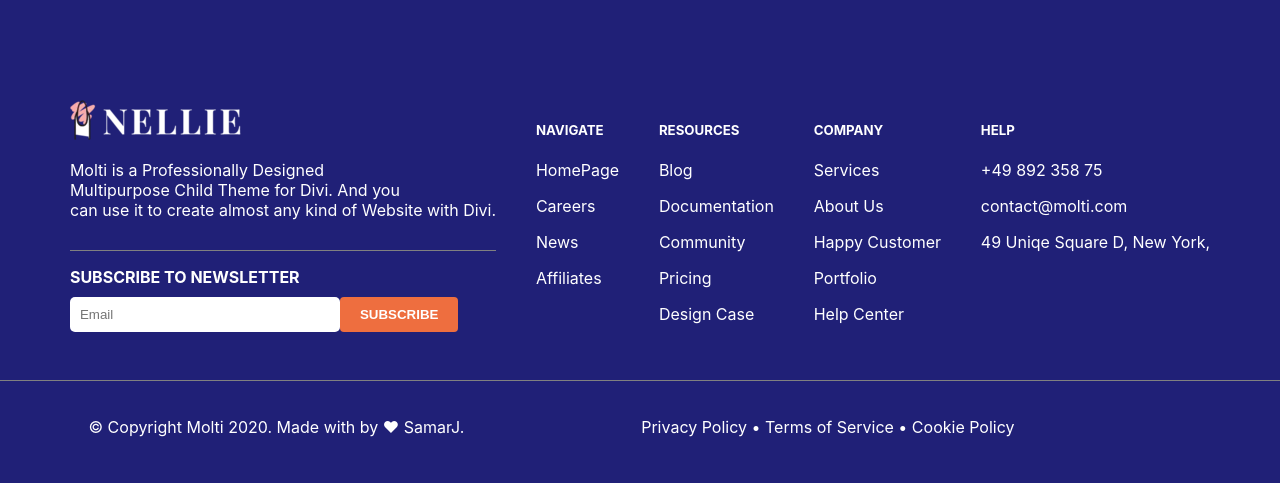
Repository: meherujjahan/nellie-client-site
Page: /
These files come from the project's save history. The page is drawn as it stood at one moment and after the next save; the edit follows.
The browser window is 1280 px wide. The pictures show the part of the page from y = 565 to 1065 px (the page is 1053 px tall before and 1065 px after).
The project was rebuilt for these pictures with package versions that can differ from the ones it lists, and the page was loaded fresh each time. Also part of the build but not shown: src/views/components/Header/Header.css.

Above is the page before, as saved 2022-03-09 18:18:20.

### src/App.js
import Banner from './views/components/Banner/Banner';
import Footer from './views/components/Footer/Footer';
import Header from './views/components/Header/Header';

function App() {
  return (
    <div>
     <Header/>
     <Banner/>
     <Footer/>
    </div>
  );
}

export default App;

### src/views/components/Banner/Banner.js
import { Button } from '@mui/material';
import Typography from '@mui/material/Typography';
import React from 'react';
import './Banner.css';

const Banner = () => {
    return (
        <div className='Banner'>

        <Typography variant='div' sx={{textAlign: 'left', py:10, alignContent: 'space-between'}}>
        <Typography sx={{pl:6}} variant="h3" component="h2">
          Get a New Looks For <br /> Your elegant Nails
        </Typography>
         <Typography sx={{pl:6, py:2}} variant="h6" component="h2">
         Nail polish is a lacquer that can be  applied to the  <br /> human fingernail or toenails to decorate and protect  the nail plates. <br /> The formula has been revised repeatedly to enhance its decorative <br /> effects and to suppress cracking or peeling.
        </Typography>
        <Button style={{backgroundColor: "rgb(238, 156, 80)", color:"black"}} sx={{border: 0,py:1, px:3,ml:6, borderRadius: 5, fontWeight:"bold"}}>DETAILS</Button>
        </Typography>
        </div>
    );
};

export default Banner;

### src/views/components/Footer/Footer.js
import React from 'react';
import footerLogo from '../../../Images/footer-logo_95e3923f-73d2-4f80-9117-8583b07d1fd1_x40@3x (1).webp';
import './Footer.css';
const Footer = () => {
    return (
        <div className='footer'>
        <div className='footer-section'>

         <div className='footer-section-1'>
              <img src={footerLogo} alt="" />
              <p>Molti is a Professionally Designed <br />  Multipurpose Child Theme for Divi. And you <br /> can use it to create almost any kind of Website with Divi.</p>
              <b>SUBSCRIBE TO NEWSLETTER</b> <br />
              <input type="text" placeholder='Email' /><button>SUBSCRIBE</button>
          </div>
          <div>
          <h5>NAVIGATE</h5>
          <p>HomePage</p>
          <p>Careers</p>
          <p>News</p>
          <p>Affiliates</p>
          </div>
        <div>
        <h5>RESOURCES</h5>
          <p>Blog</p>
          <p>Documentation</p>
          <p>Community</p>
          <p>Pricing</p>
          <p>Design Case</p>
        </div>
        <div>
        <h5>COMPANY</h5>
          <p>Services</p>
          <p>About Us</p>
          <p>Happy Customer</p>
          <p>Portfolio</p>
          <p>Help Center</p>
        </div>
        <div>
        <h5>HELP</h5>
          <p><i class="fa-solid fa-phone"></i>  +49 892 358 75</p>
          <p><i class="fa-solid fa-envelope"></i>  contact@molti.com</p>
          <p><i class="fa-solid fa-location-dot"></i>  49 Uniqe Square D, New York,</p>
        </div>
      </div>
      <div>
        <div className='footer-section-2'>
       <p> &copy; Copyright Molti 2020. Made with by ❤ SamarJ.</p>
       <p>Privacy Policy • Terms of Service • Cookie Policy</p>
       <div><i class="fa-brands fa-facebook"></i>   <i class="fa-brands fa-twitter"></i>  <i class="fa-brands fa-instagram"></i>  <i class="fa-brands fa-dribbble"></i></div>
        </div>
      </div>
      </div>
    );
};

export default Footer;

### src/views/components/Header/Header.js
import AppBar from '@mui/material/AppBar';
import Box from '@mui/material/Box';
import Button from '@mui/material/Button';
import Toolbar from '@mui/material/Toolbar';
import Typography from '@mui/material/Typography';
import React from 'react';
import logo1 from '../../../Images/footer-logo_bc8a733f-f892-4297-b39d-668aea97a225_400x@2x.webp';
import './Header.css';

const Header = () => {
    return (
        <Box  sx={{ flexGrow: 1, backgroundColor:"white" }}>
      <AppBar style={{backgroundColor:"white"}} position="static">
        <Toolbar style={{color:" rgb(238, 156, 80)"}}>

          <Typography variant="h6" component="div" sx={{ flexGrow: 1, p:2, display: 'flex', textAlign: 'left' }}>
            <img src={logo1} alt="" />



          </Typography>
          <Typography sx={{p:2,fontWeight: 'bold'}} variant="body1" >
  HOME
</Typography>
<Typography sx={{p:2,fontWeight: 'bold'}} variant="body1">
 EXPLORE
</Typography>
          <Button sx={{fontWeight: 'bold'}} color="inherit">Login</Button>
        </Toolbar>
      </AppBar>
    </Box>
    );
};

export default Header;

### src/views/components/Banner/Banner.css
.Banner {
  background: url("https://cdn.shopify.com/s/files/1/0462/3361/6544/files/slider-1.jpg");
  background-repeat: no-repeat;
  background-size: 100%;
  padding-top: 90px;
  padding-bottom: 90px;
}

### src/views/components/Footer/Footer.css
.footer {
  padding-top: 10px;
  padding-bottom: 30px;
  margin-bottom: 5px;
  background-color: rgb(32, 32, 119);
}
.footer-section {
  text-align: start;
  display: flex;
  justify-content: space-around;
  color: white;
  background-color: rgb(32, 32, 119);
  margin-top: 40px;
  padding: 50px;
  padding-bottom: 40px;
}
.footer-section-1 input {
  width: 250px;
  padding: 10px;
  border: none;
  border-radius: 5px;
  margin-top: 10px;
}
.footer-section button {
  background-color: rgb(238, 110, 63);
  border: none;
  border-radius: 4px;
  padding: 10px;
  padding-left: 20px;
  padding-right: 20px;
  color: white;
  font-weight: 700;
}
.footer-section-1 p {
  color: white;
  text-align: start;
  border-bottom: 1px solid grey;
  padding-bottom: 30px;
}
/* .footer-section-1 img {
  width: 150px;
  color: red;
} */
.footer-section-2 {
  border-top: 1px solid grey;
  padding-top: 20px;
  display: flex;
  justify-content: space-around;
  color: white;
}

Loaded but not shown: public/index.html (common file); src/index.js (common file); src/index.css (common file); src/reportWebVitals.js (common file)

After the next save:
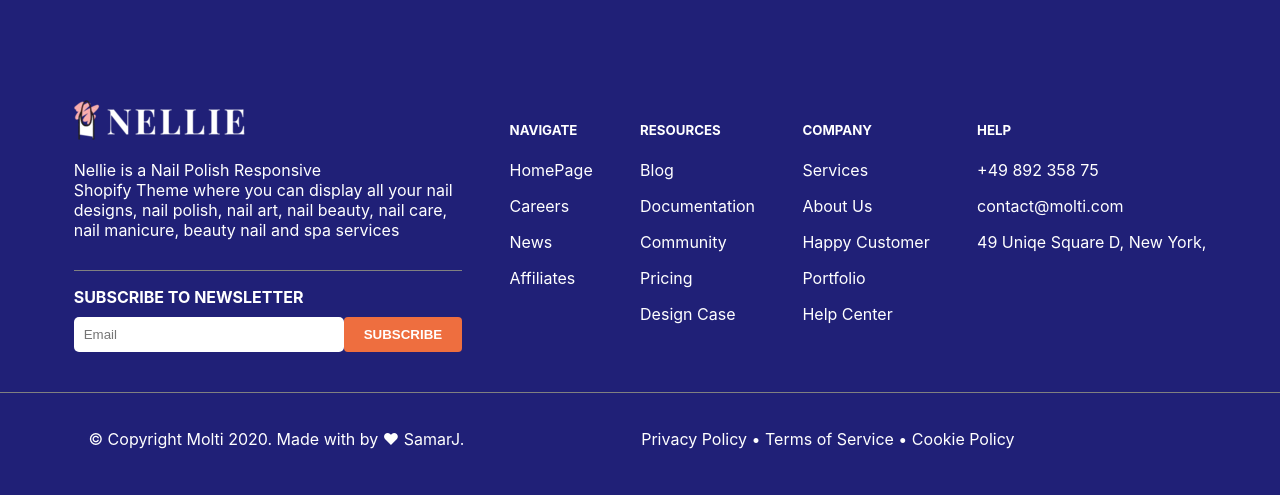
Saved 107 s later.
--- a/src/views/components/Footer/Footer.js
+++ b/src/views/components/Footer/Footer.js
@@ -8,7 +8,7 @@
 
          <div className='footer-section-1'>
               <img src={footerLogo} alt="" />
-              <p>Molti is a Professionally Designed <br />  Multipurpose Child Theme for Divi. And you <br /> can use it to create almost any kind of Website with Divi.</p>
+              <p>Nellie is a Nail Polish Responsive <br /> Shopify Theme where you can display all your nail <br /> designs, nail polish, nail art, nail beauty, nail care,<br /> nail manicure, beauty nail and spa services</p>
               <b>SUBSCRIBE TO NEWSLETTER</b> <br />
               <input type="text" placeholder='Email' /><button>SUBSCRIBE</button>
           </div>
